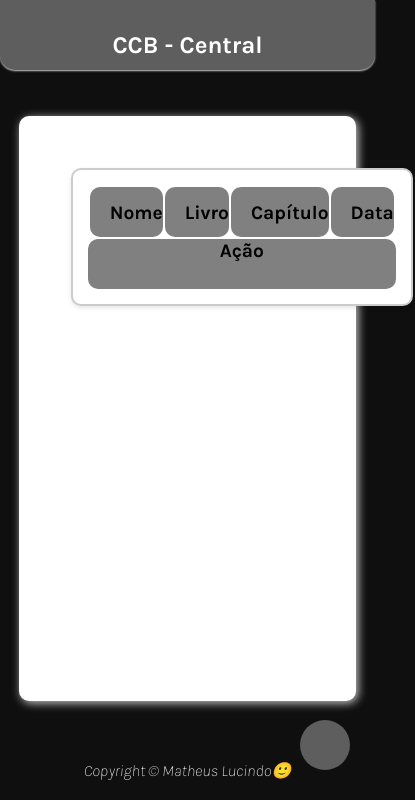
Repository: Matheus904-12/API-da-CCB
Page: index.html
An editor plug-in stored every save of this project. The page is shown before and after the next save, followed by the edit.
The browser window is 375 px wide. The page is 415 px wide, then 387 px, then 415 px, so the pictures cover 415 px, including what lies to the right of the window. The pictures show the whole page.

Above is the page before, as saved 2024-01-14 01:26:32.

After the next save:
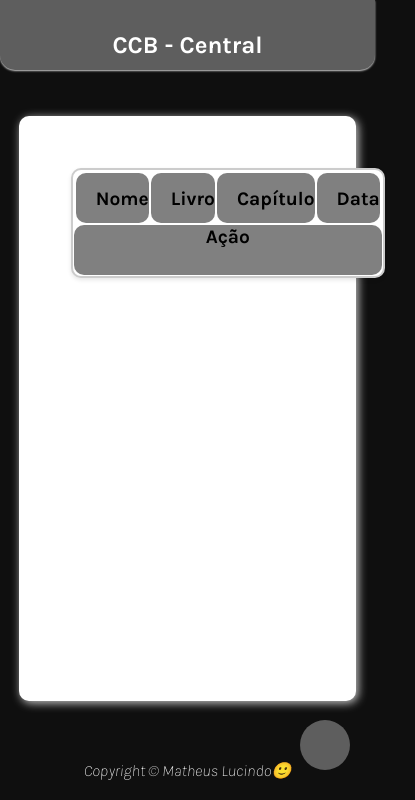
Saved 100 s later.
--- a/chat.css
+++ b/chat.css
@@ -47,7 +47,7 @@
         border: 2px solid #ccc;
         background-color: white;
         box-shadow: 0 2px 4px rgba(0, 0, 0, 0.1);
-        padding: 15px;
+        padding: 1px;
     }
 
     .records td {

After the 3 saves that followed:
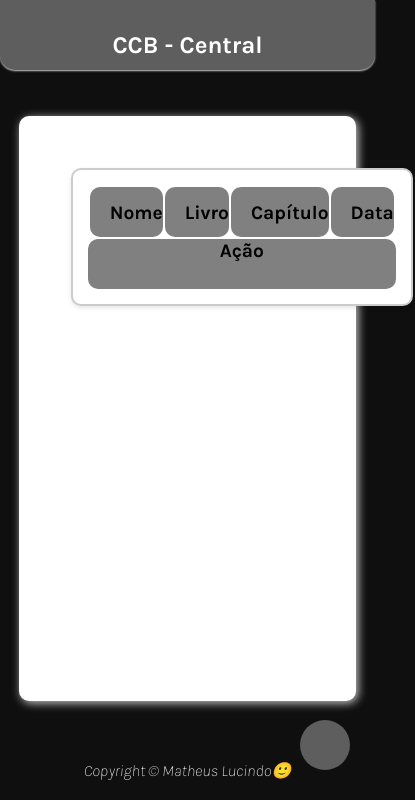
The 3 saves are shown as one change because 1 left the picture as it was and some came seconds apart.
The last was saved 15 s later.
--- a/chat.css
+++ b/chat.css
@@ -47,11 +47,11 @@
         border: 2px solid #ccc;
         background-color: white;
         box-shadow: 0 2px 4px rgba(0, 0, 0, 0.1);
-        padding: 1px;
+        padding: 15px;
     }
 
     .records td {
-        display: none;
+        display: flex;
         flex-wrap: wrap;
         justify-content: space-between;
         margin: 10px 0;
